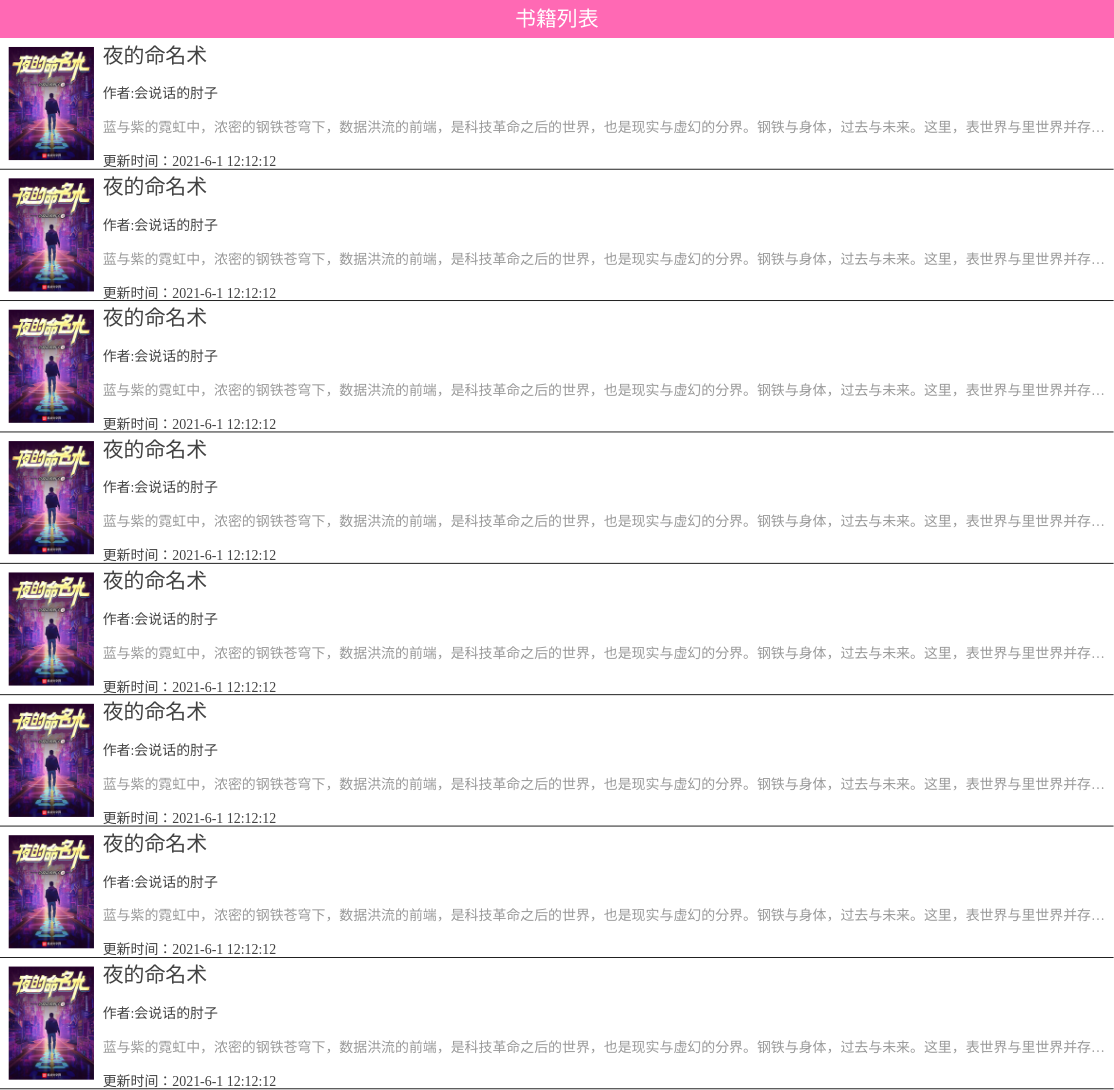
Repository: razzh7/javascript-demo
Page: 自动阅读插件/index.html
An editor plug-in stored every save of this project. The page is shown before and after the next save, followed by the edit.
The browser window is 1280 px wide. The pictures show the whole page, at 87% of full size.

Above is the page before, as saved 2021-06-29 14:05:32.

### 自动阅读插件/index.html
<!DOCTYPE html>
<html lang="cn">
<head>
  <meta charset="UTF-8">
  <meta http-equiv="X-UA-Compatible" content="IE=edge">
  <meta name="viewport" content="width=device-width, initial-scale=1.0">
  <title>Document</title>
  <link rel="stylesheet" href="./css/common.css" />
  <link rel="stylesheet" href="./css/index.css" />
</head>
<body>
  <div class="list-hd">
    <h2>书籍列表</h2>
  </div>
  <div class="container">
    <ul class="bk-list">
      <li class="list-item">
        <a href="#" class="item-lk">
          <div class="bk-pic">
            <img src="./img/180.jpg" alt="">
          </div>
          <div class="bk-info">
            <h2>夜的命名术</h2>
            <p>作者:会说话的肘子</p>
            <p class="intro">蓝与紫的霓虹中，浓密的钢铁苍穹下，数据洪流的前端，是科技革命之后的世界，也是现实与虚幻的分界。钢铁与身体，过去与未来。这里，表世界与里世界并存，面前的一切，像是时间之墙近在眼前。黑暗逐渐笼罩。可你要明白啊我的朋友，我们不能用温柔去应对黑暗，要用火。</p>
            <p>更新时间：2021-6-1 12:12:12</p>
          </div>
        </a>
      </li>
      <li class="list-item">
        <a href="#" class="item-lk">
          <div class="bk-pic">
            <img src="./img/180.jpg" alt="">
          </div>
          <div class="bk-info">
            <h2>夜的命名术</h2>
            <p>作者:会说话的肘子</p>
            <p class="intro">蓝与紫的霓虹中，浓密的钢铁苍穹下，数据洪流的前端，是科技革命之后的世界，也是现实与虚幻的分界。钢铁与身体，过去与未来。这里，表世界与里世界并存，面前的一切，像是时间之墙近在眼前。黑暗逐渐笼罩。可你要明白啊我的朋友，我们不能用温柔去应对黑暗，要用火。</p>
            <p>更新时间：2021-6-1 12:12:12</p>
          </div>
        </a>
      </li>
      <li class="list-item">
        <a href="#" class="item-lk">
          <div class="bk-pic">
            <img src="./img/180.jpg" alt="">
          </div>
          <div class="bk-info">
            <h2>夜的命名术</h2>
            <p>作者:会说话的肘子</p>
            <p class="intro">蓝与紫的霓虹中，浓密的钢铁苍穹下，数据洪流的前端，是科技革命之后的世界，也是现实与虚幻的分界。钢铁与身体，过去与未来。这里，表世界与里世界并存，面前的一切，像是时间之墙近在眼前。黑暗逐渐笼罩。可你要明白啊我的朋友，我们不能用温柔去应对黑暗，要用火。</p>
            <p>更新时间：2021-6-1 12:12:12</p>
          </div>
        </a>
      </li>
      <li class="list-item">
        <a href="#" class="item-lk">
          <div class="bk-pic">
            <img src="./img/180.jpg" alt="">
          </div>
          <div class="bk-info">
            <h2>夜的命名术</h2>
            <p>作者:会说话的肘子</p>
            <p class="intro">蓝与紫的霓虹中，浓密的钢铁苍穹下，数据洪流的前端，是科技革命之后的世界，也是现实与虚幻的分界。钢铁与身体，过去与未来。这里，表世界与里世界并存，面前的一切，像是时间之墙近在眼前。黑暗逐渐笼罩。可你要明白啊我的朋友，我们不能用温柔去应对黑暗，要用火。</p>
            <p>更新时间：2021-6-1 12:12:12</p>
          </div>
        </a>
      </li>
      <li class="list-item">
        <a href="#" class="item-lk">
          <div class="bk-pic">
            <img src="./img/180.jpg" alt="">
          </div>
          <div class="bk-info">
            <h2>夜的命名术</h2>
            <p>作者:会说话的肘子</p>
            <p class="intro">蓝与紫的霓虹中，浓密的钢铁苍穹下，数据洪流的前端，是科技革命之后的世界，也是现实与虚幻的分界。钢铁与身体，过去与未来。这里，表世界与里世界并存，面前的一切，像是时间之墙近在眼前。黑暗逐渐笼罩。可你要明白啊我的朋友，我们不能用温柔去应对黑暗，要用火。</p>
            <p>更新时间：2021-6-1 12:12:12</p>
          </div>
        </a>
      </li>
      <li class="list-item">
        <a href="#" class="item-lk">
          <div class="bk-pic">
            <img src="./img/180.jpg" alt="">
          </div>
          <div class="bk-info">
            <h2>夜的命名术</h2>
            <p>作者:会说话的肘子</p>
            <p class="intro">蓝与紫的霓虹中，浓密的钢铁苍穹下，数据洪流的前端，是科技革命之后的世界，也是现实与虚幻的分界。钢铁与身体，过去与未来。这里，表世界与里世界并存，面前的一切，像是时间之墙近在眼前。黑暗逐渐笼罩。可你要明白啊我的朋友，我们不能用温柔去应对黑暗，要用火。</p>
            <p>更新时间：2021-6-1 12:12:12</p>
          </div>
        </a>
      </li>
      <li class="list-item">
        <a href="#" class="item-lk">
          <div class="bk-pic">
            <img src="./img/180.jpg" alt="">
          </div>
          <div class="bk-info">
            <h2>夜的命名术</h2>
            <p>作者:会说话的肘子</p>
            <p class="intro">蓝与紫的霓虹中，浓密的钢铁苍穹下，数据洪流的前端，是科技革命之后的世界，也是现实与虚幻的分界。钢铁与身体，过去与未来。这里，表世界与里世界并存，面前的一切，像是时间之墙近在眼前。黑暗逐渐笼罩。可你要明白啊我的朋友，我们不能用温柔去应对黑暗，要用火。</p>
            <p>更新时间：2021-6-1 12:12:12</p>
          </div>
        </a>
      </li>
      <li class="list-item">
        <a href="#" class="item-lk">
          <div class="bk-pic">
            <img src="./img/180.jpg" alt="">
          </div>
          <div class="bk-info">
            <h2>夜的命名术</h2>
            <p>作者:会说话的肘子</p>
            <p class="intro">蓝与紫的霓虹中，浓密的钢铁苍穹下，数据洪流的前端，是科技革命之后的世界，也是现实与虚幻的分界。钢铁与身体，过去与未来。这里，表世界与里世界并存，面前的一切，像是时间之墙近在眼前。黑暗逐渐笼罩。可你要明白啊我的朋友，我们不能用温柔去应对黑暗，要用火。</p>
            <p>更新时间：2021-6-1 12:12:12</p>
          </div>
        </a>
      </li>
    </ul>
  </div>
  <a href="javascript:;" class="s-top-btn"></a>
</body>
</html>

### 自动阅读插件/css/common.css
body {
  margin: 0;
}
div {
  box-sizing: border-box;
}
h1,
h2,
h3,
h4,
h5,
h6,p {
  margin: 0;
  font-weight: normal;
}
ul {
  margin: 0;
  padding: 0;
}
img {
  height: 100%;
}
a {
  text-decoration: none;
}

### 自动阅读插件/css/index.css
/* 外盒子height44px */
/* background-color为什么写在color上面 */
/* 内联元素最好不要嵌套块级元素 */
/* 公共样式写img height100% -> 给img的父盒子设置宽度就可以适应高度了 */
/* 两栏32' */
/* 38' common样式表 */
/* 标准黑： #424242 */
/* 文字省略3大件
overflow: hidden
text-overflow: ellipsis
white-space: nowrap */
.list-hd {
  position: fixed;
  top: 0;
  left: 0;
  width: 100%;
  height: 44px;
  line-height: 44px;
  text-align: center;
  background-color: hotpink;
  color: #fff;
  z-index: 1;
}
.container {
  margin-top: 44px;
}
.container .list-item {
  height: 150px;
  border-bottom: 1px solid #000;
}
.container .list-item .item-lk {
  position: relative;
  display: block;
  height: 100%;
}
.container .list-item .bk-pic {
  position: absolute;
  top: 0;
  left: 0;
  padding: 10px;
  height: 100%;
}
.container .list-item .bk-info {
  margin-left: 118px;
  height: 100%;
  color: #424242;
}
.container .list-item .bk-info .intro {
  overflow: hidden;
  text-overflow: ellipsis;
  white-space: nowrap;
  color: #999;
}
.container .list-item .bk-info p {
  margin-top: 15px;
}

After the next save:
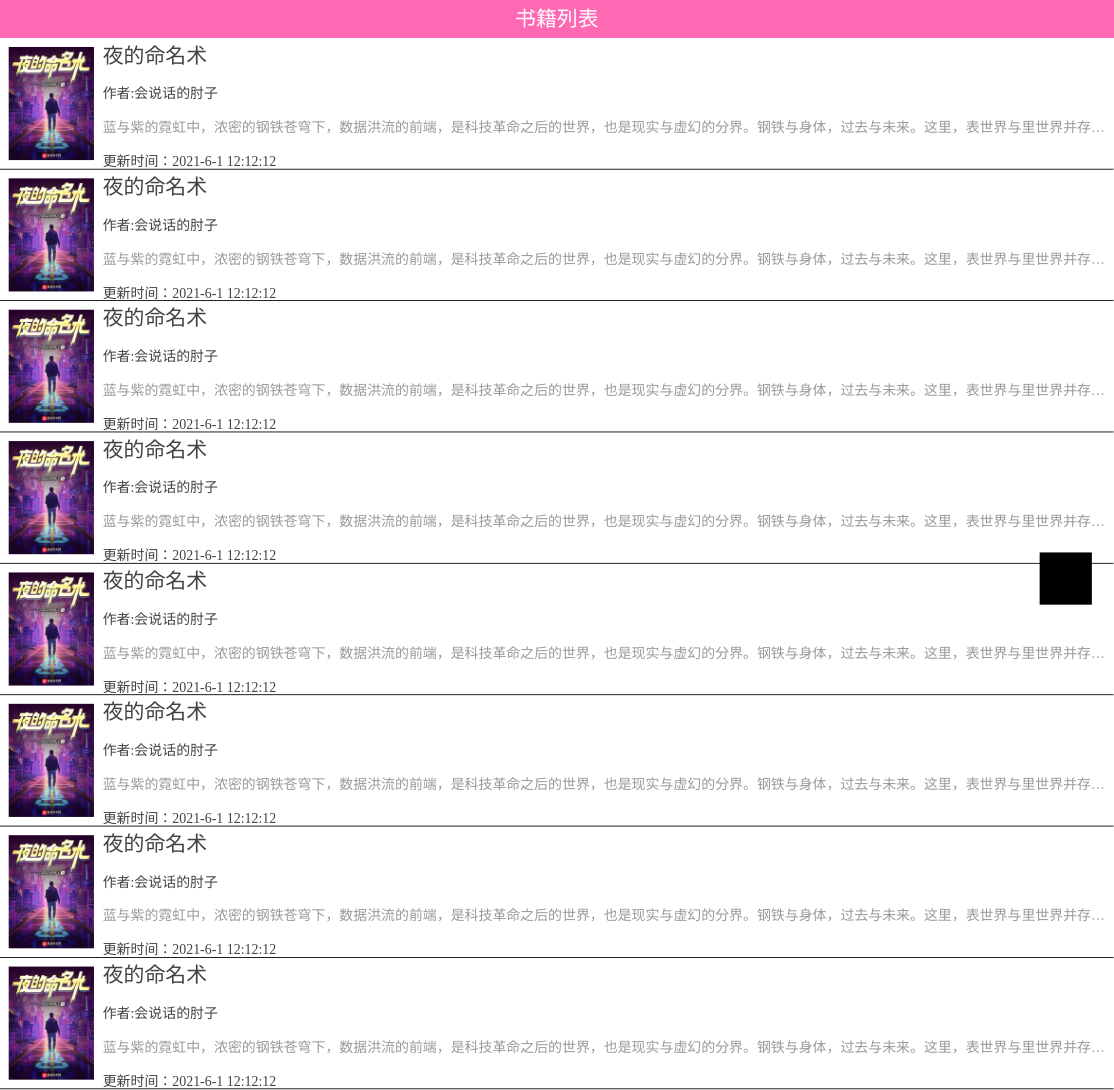
Saved 86 s later.
--- a/自动阅读插件/css/index.css
+++ b/自动阅读插件/css/index.css
@@ -54,3 +54,12 @@ white-space: nowrap */
 .container .list-item .bk-info p {
   margin-top: 15px;
 }
+.s-top-btn {
+  position: absolute;
+  bottom: 25px;
+  right: 25px;
+  width: 60px;
+  height: 60px;
+  background-color: #000;
+
+}
